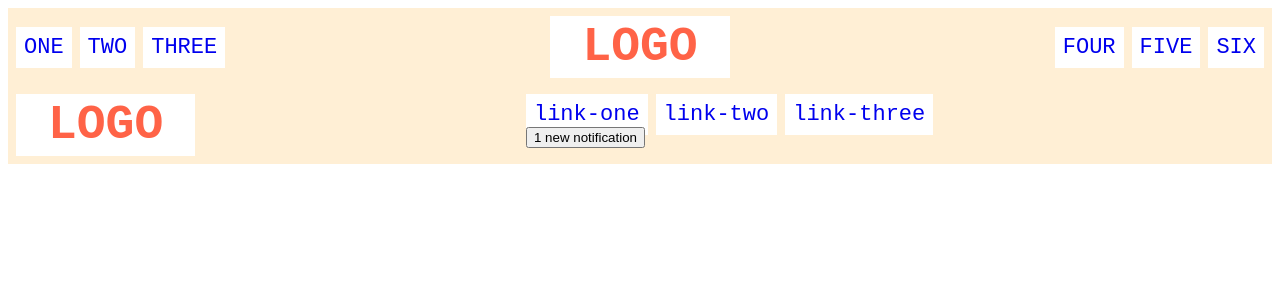
Repository: HeliosAI9/First-test-website
Page: mywebsite/html-boilerplate/pages/flex.html
The author's editor kept a copy of each file at every save. The page is drawn from the files as they stood at one save, then again after the next save.
The browser window is 1280 px wide. The pictures show the whole page.

Above is the page before, as saved 2023-06-02 02:30:45.

After the next save:
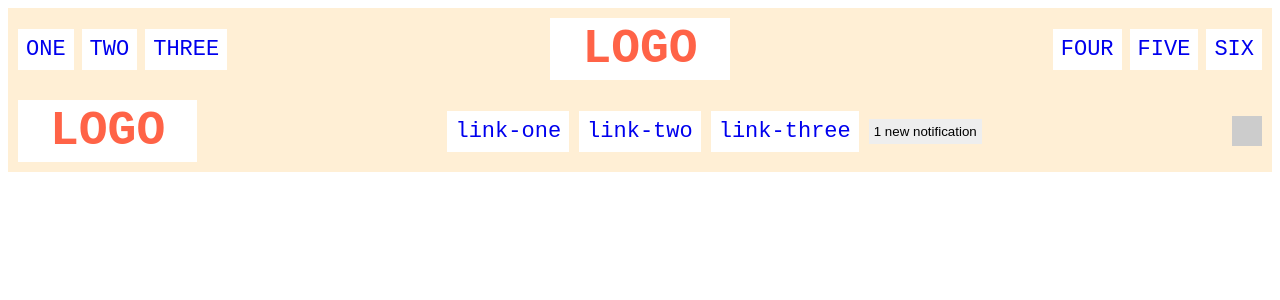
Saved 44 s later.
--- a/mywebsite/html-boilerplate/css/flex.css
+++ b/mywebsite/html-boilerplate/css/flex.css
@@ -37,3 +37,36 @@
     padding: 0;
     gap: 8px;
   }
+
+  .header {
+    display: flex;
+    align-items: center;
+    justify-content: space-between;
+    padding: 10px;
+  }
+
+  .nav {
+    display: flex;
+    align-items: center;
+    gap: 10px;
+  }
+
+  .links {
+    list-style: none;
+    margin: 0;
+    padding: 0;
+    display: flex;
+    gap: 10px;
+  }
+
+  .notifications {
+    background-color: #eee;
+    border: none;
+    padding: 5px;
+  }
+
+  .profile-image {
+    width: 30px;
+    height: 30px;
+    background-color: #ccc;
+  }
